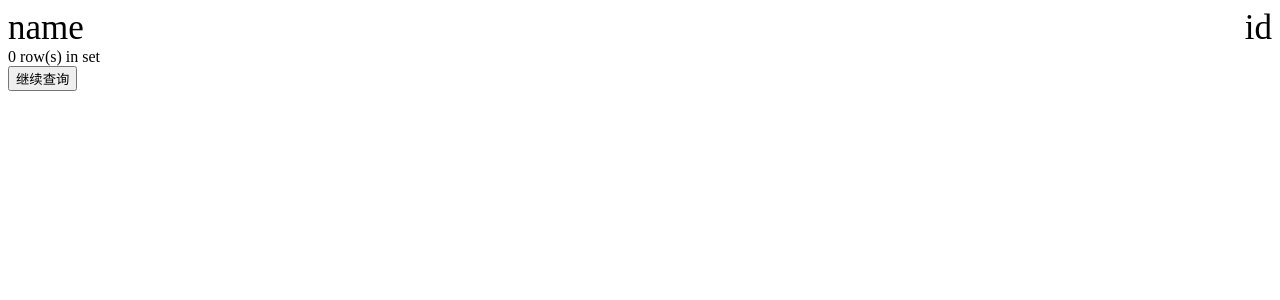
Repository: Matty-GCU/MyEclipse
Page: http://localhost/Java_Web_Learning/chapter06_JSP&JDBC/homework/select.jsp
An editor plug-in stored every save of this project. The page is shown before and after the next save, followed by the edit.
The browser window is 1280 px wide. The pictures show the whole page.
The page is served by Tomcat 9. Queries for data that is not in the repository find no rows.

Above is the page before, as saved 2021-10-16 18:29:13.

After the next save:
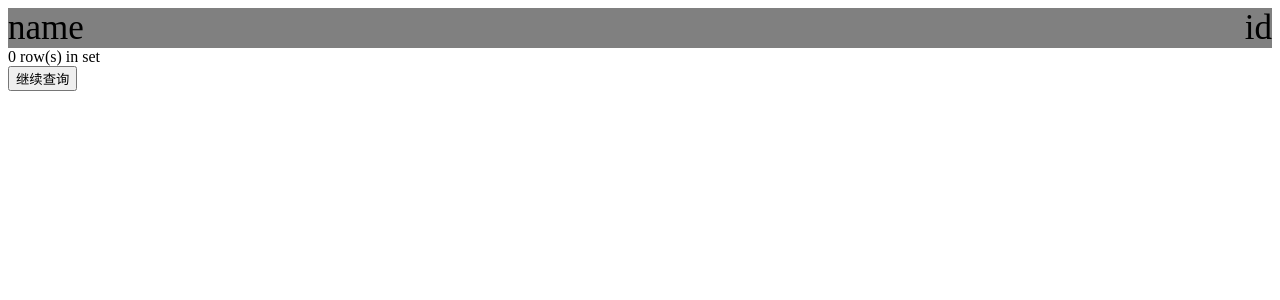
Saved 41 s later.
--- a/Java_Web_Learning/WebRoot/chapter06_JSP&JDBC/homework/select.jsp
+++ b/Java_Web_Learning/WebRoot/chapter06_JSP&JDBC/homework/select.jsp
@@ -7,6 +7,7 @@
 		<style type="text/css">
 			div{
 				border-width: 400px;
+				background-color: gray;
 				text-align: center;
 			}
 			.span1{

After the save that followed:
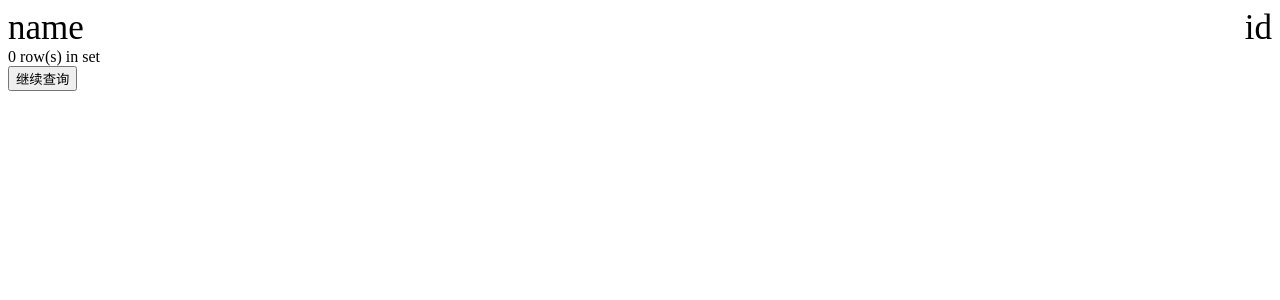
Saved 30 s later.
--- a/Java_Web_Learning/WebRoot/chapter06_JSP&JDBC/homework/select.jsp
+++ b/Java_Web_Learning/WebRoot/chapter06_JSP&JDBC/homework/select.jsp
@@ -7,7 +7,6 @@
 		<style type="text/css">
 			div{
 				border-width: 400px;
-				background-color: gray;
 				text-align: center;
 			}
 			.span1{
